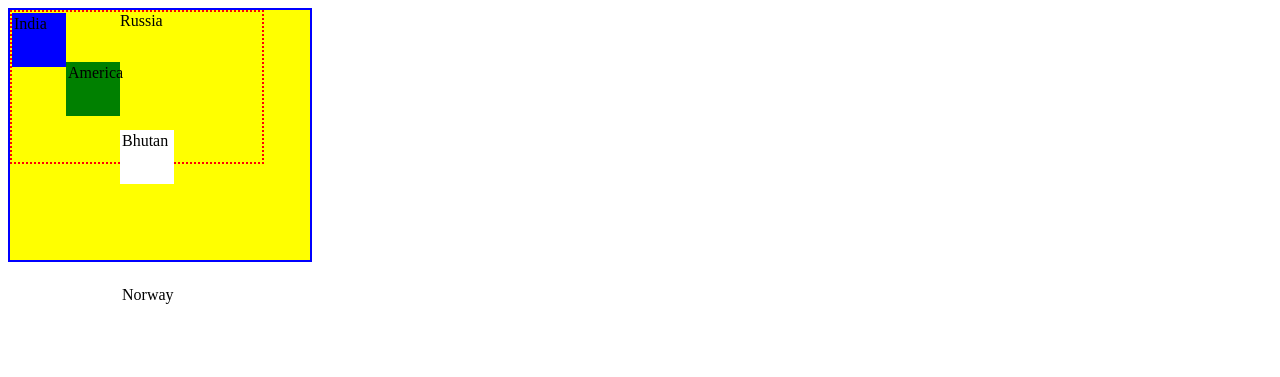
Repository: Balamurugan1914/crud_operation_without_db
Page: CSS_EXAMPLE/src/main/webapp/Boxmodel.html
The author's editor kept a copy of each file at every save. The page is drawn from the files as they stood at one save, then again after the next save.
The browser window is 1280 px wide. The pictures show the whole page.

Above is the page before, as saved 2022-06-27 07:28:10.

After the next save:
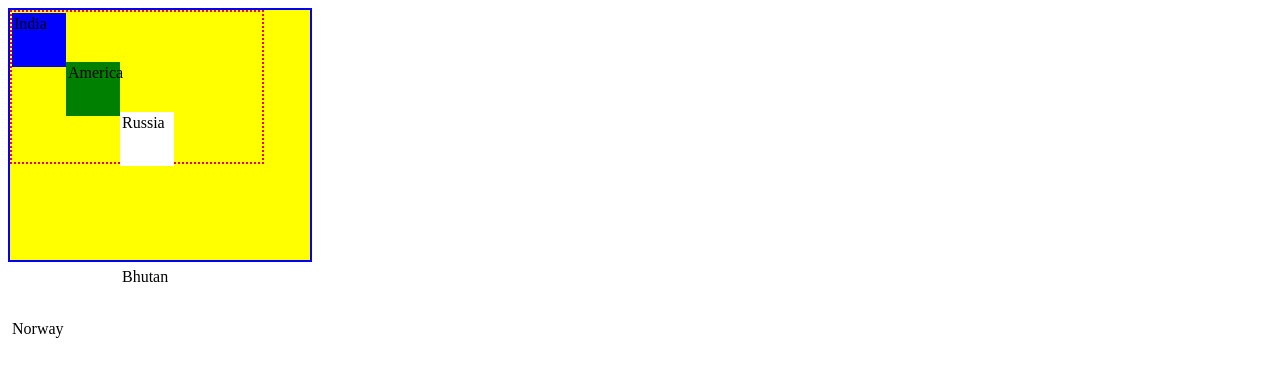
Saved 7 s later.
--- a/CSS_EXAMPLE/src/main/webapp/Style/boxmodel.css
+++ b/CSS_EXAMPLE/src/main/webapp/Style/boxmodel.css
@@ -44,6 +44,17 @@
 
 }
 
+.child2{
+	margin-top: 100px;
+	width: 50px;
+	height: 50px;
+	border: 2px solid white;
+	display: inline;
+	float: left;
+	margin-right:80px;
+	background-color: white
+
+}
 .child3{
 	margin-top: 100px;
 	width: 50px;
@@ -55,14 +66,3 @@
 	background-color: white
 
 }
-.child4{
-	margin-top: 100px;
-	width: 50px;
-	height: 50px;
-	border: 2px solid white;
-	display: inline;
-	float: left;
-	margin-right:80px;
-	background-color: white
-
-}
